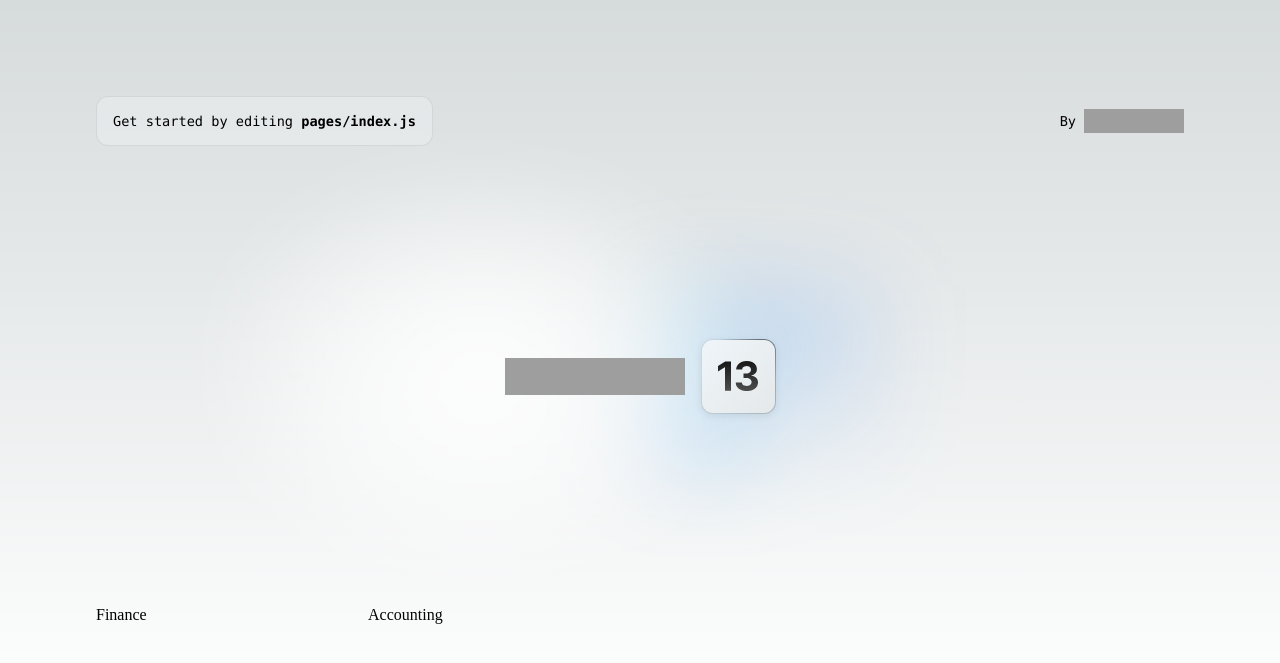
Repository: TeoEstrada9/Week-3-example
Page: /
An editor plug-in stored every save of this project. The page is shown before and after a run of saves, followed by the edit.
The browser window is 1280 px wide. The pictures show the whole page.
Pictures or frames that could not be fetched are drawn as grey boxes. The project was rebuilt for these pictures with package versions that can differ from the ones it lists, and the page was loaded fresh each time. The framework's server and built-in components were replaced by stand-ins that run in the browser. Also part of the build but not shown: next.config.js.

Above is the page before, as saved 2023-01-16 10:39:21.

After the next 2 saves:
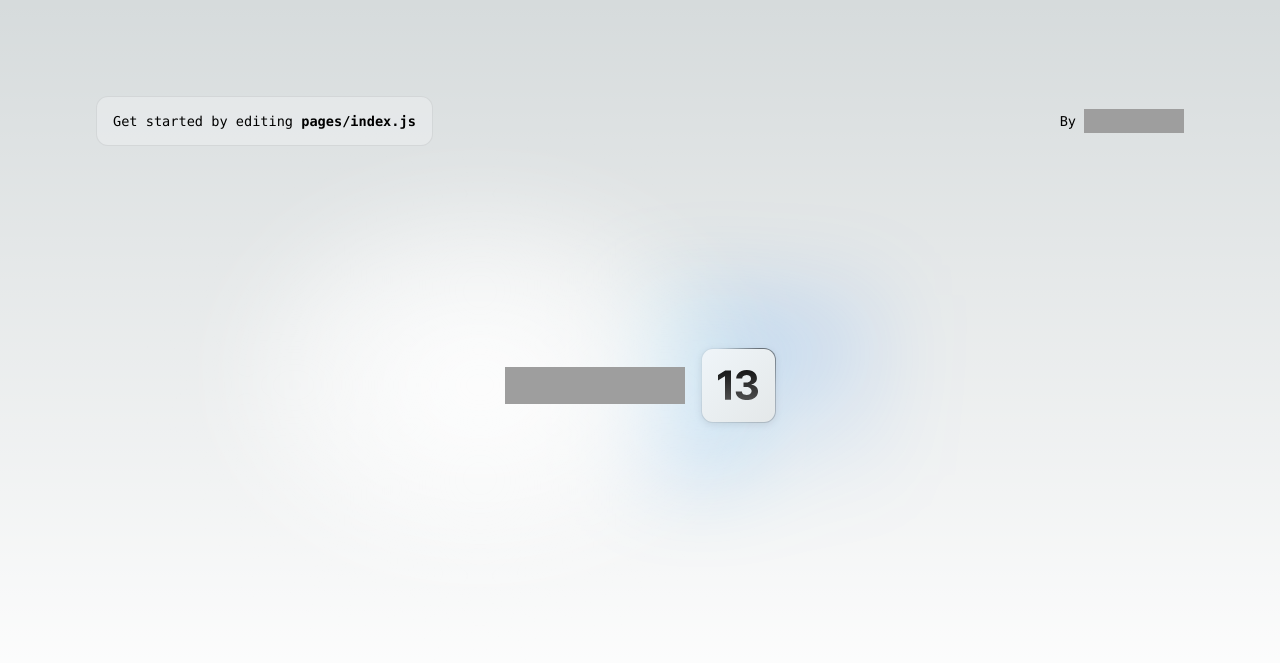
The 2 saves are shown as one change because 1 did not build or start.
The last was saved 38 s later.
--- a/pages/index.js
+++ b/pages/index.js
@@ -69,7 +69,7 @@
 
         <div className={styles.grid}>
           {information && information.map((info, index) => {
-            if(info.department === "Business")
+            if(info.department.toLower === "Business")
             return(
               <div key={index}>{info.degree}</div>
             )

After the 2 saves that followed:
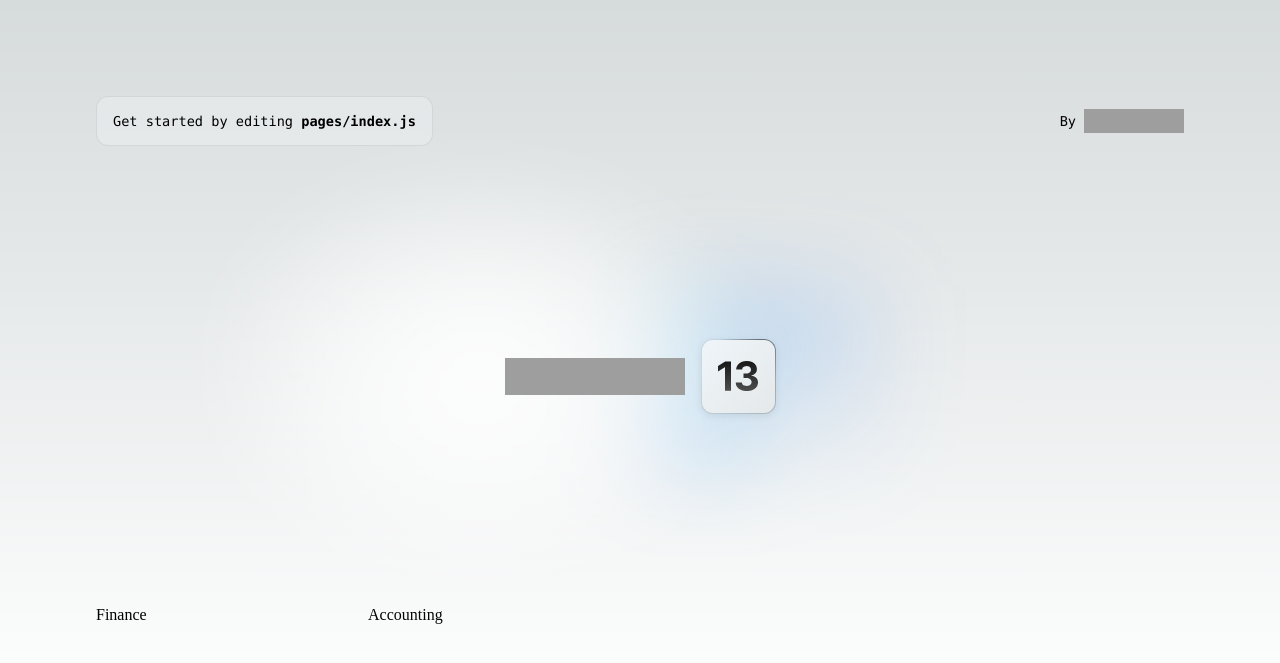
The 2 saves are shown as one change because 1 left the picture as it was.
The last was saved 19 s later.
--- a/pages/index.js
+++ b/pages/index.js
@@ -69,7 +69,7 @@
 
         <div className={styles.grid}>
           {information && information.map((info, index) => {
-            if(info.department.toLower === "Business")
+            if(info.department === "Business")
             return(
               <div key={index}>{info.degree}</div>
             )
